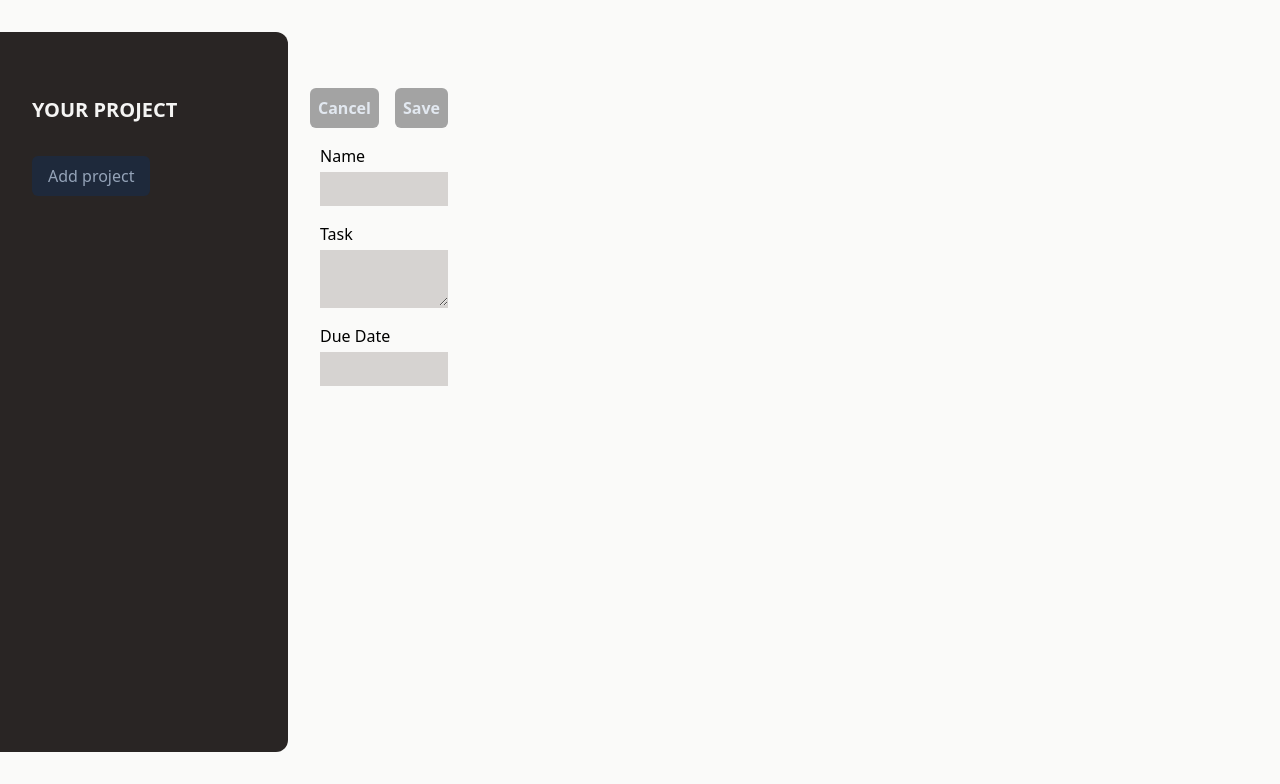
Repository: sibi24sibi/todo-list-using-reactjs
Page: /
The author's editor kept a copy of each file at every save. The page is drawn from the files as they stood at one save, then again after the next save.
The browser window is 1280 px wide. The pictures show the whole page.
The project was rebuilt for these pictures with package versions that can differ from the ones it lists, and the page was loaded fresh each time. Also part of the build but not shown: vite.config.js.

Above is the page before, as saved 2024-06-24 12:19:37.

After the next save:
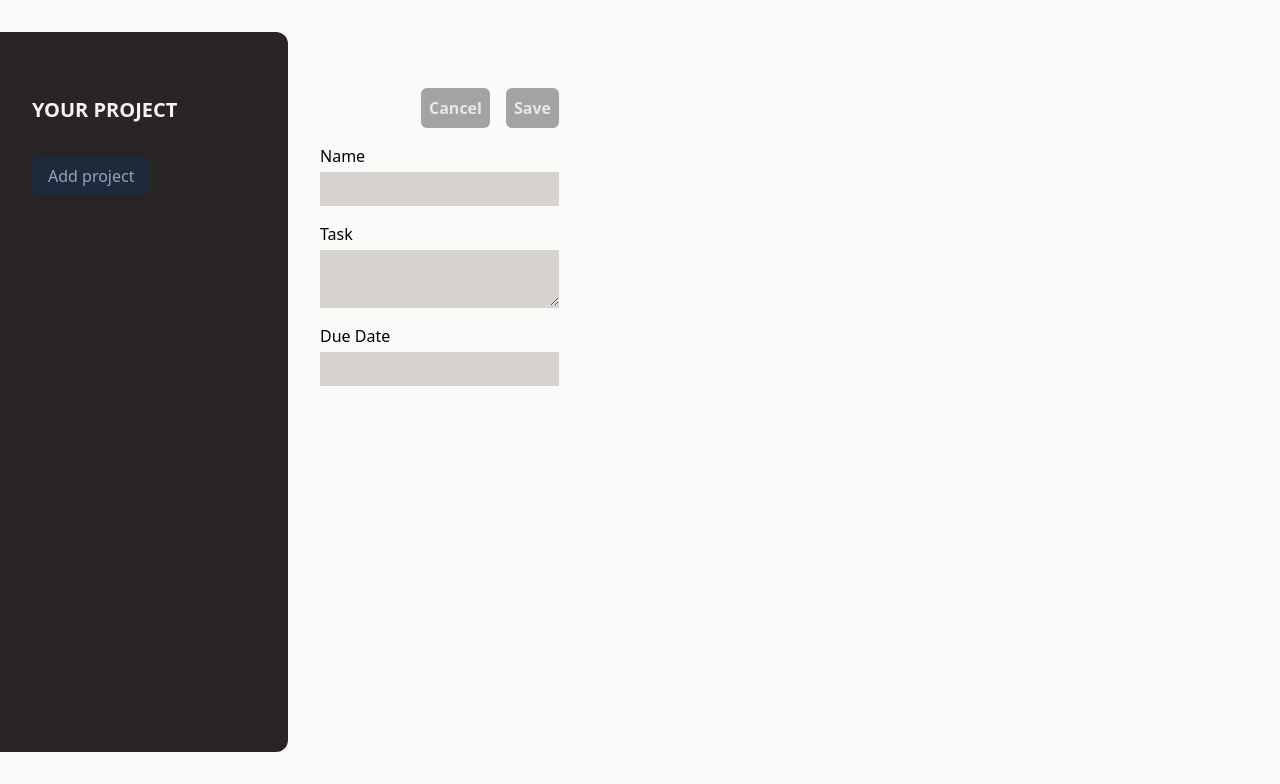
Saved 16 s later.
--- a/src/assets/Components/Input/NewProjects.jsx
+++ b/src/assets/Components/Input/NewProjects.jsx
@@ -2,7 +2,7 @@ import Input from "./Input";
 
 export default function NewPoject() {
   return (
-    <div className=" w-32 mt-10">
+    <div className=" w-{35rem} mt-10">
       <menu className="flex items-center justify-end  gap-4 my-4">
         <li>
           <button className="p-2 bg-neutral-400 font-semibold text-slate-200 rounded-md   hover:text-slate-800 hover:bg-red-400 ">
